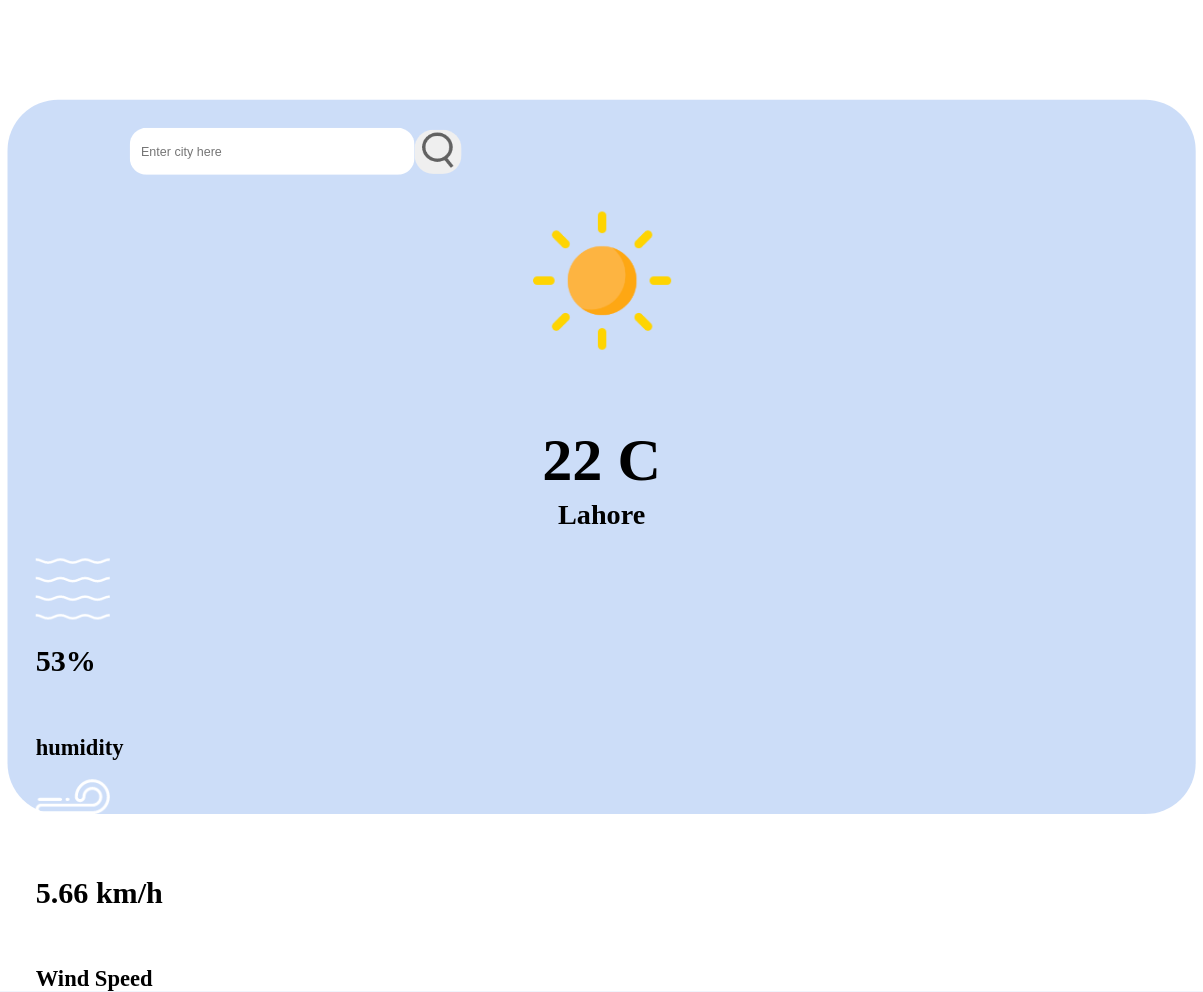
Repository: WajihaGul/Javascripts-Projects
Page: WEATHER APP/index.html
The author's editor kept a copy of each file at every save. The page is drawn from the files as they stood at one save, then again after a run of saves.
The browser window is 1280 px wide. The pictures show the whole page, at 94% of full size.

Above is the page before, as saved 2024-06-07 16:06:52.
Not found: WEATHER APP/script.js

### WEATHER APP/index.html
<!DOCTYPE html>
<html>
    <head>
        <meta charset="utf-8">
        <meta http-equiv="X-UA-Compatible" content="IE=edge">
        <title></title>
        <meta name="description" content="">
        <meta name="viewport" content="width=device-width, initial-scale=1">
        <link rel="stylesheet" href="./style.css">
    </head>
    <body>
            <div class="MainDiv">
                <div class="SearchDiv" >
                <input type="search" class="SearchInput" placeholder="Enter city here">
                <button class="SearchLogo"><img src="/images/search.png" class="btnimg" alt="SearchLogo"></button>
            </div>

            <div class="SecDiv">
                <div class="weather">
                <img src="./images/clear.png" alt="weather here" class="weatherImg">
                </div>
                <div class="temp">
                    <h1>22 C</h1>
                </div>
                <div class="cityName">
                    <h1>Lahore</h1>
                </div>
                <div class="humidityAndWindSpeed">
                <div class="humidity">
                    <img src="./images/humidity.png" alt="">
                    <h1>53%</h1>
                    <br>
                    <h2>humidity</h2>
                </div>
                <div class="windSpeed">
                    <img src="./images/wind.png" alt="">
                    <h1>5.66 km/h</h1>
                    <br>
                    <h2>Wind Speed</h2>
                </div>
                </div>
            </div>
        </div>
        <script src="./script.js" async defer></script>
    </body>
</html>

### WEATHER APP/style.css
.MainDiv{
    background-color: rgb(154 187 241 / 50%);
    margin-top: 106px;
    border-radius: 54px;
    height: 700px;
    padding: 30px
}
 .SearchInput{
    width: 303px;
    height: 50px;
    border-radius: 18px;
    padding: 10px;
    border-color: transparent;
}
.SearchDiv{
    display: flex;
    flex-direction: row;
    align-items: center;
    margin: 0 auto;
    margin-left: 100px;
    margin-right: 100px;
}
.btnimg{
    height: 38px;
    width: 34px;
}
.SearchLogo{
    border-color: transparent;
    border-radius: 20px;
    cursor: pointer;
}
.temp h1{
    display: flex;
    align-items: center;
    justify-content: center;
    font-size: 64px;

}
.weatherImg{
    display: flex;
    margin: 0 auto;

}
.cityName h1{
    display: flex;
    align-items: center;
    justify-content: center;
    font-size: 30px;
    margin-top: -50px;
    padding: 10px;
}

After the next 2 saves:
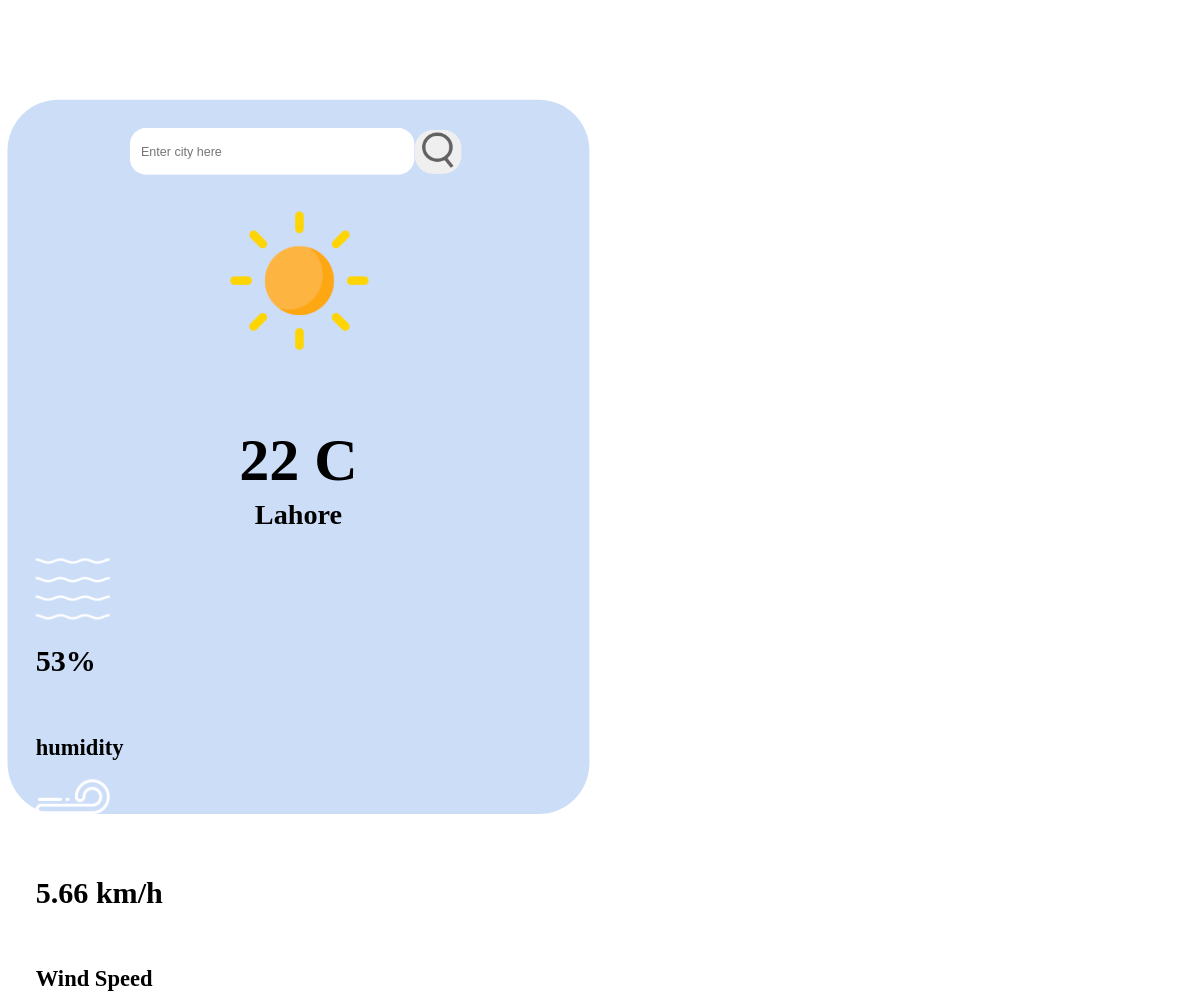
The 2 saves are shown as one change because they came seconds apart.
The last was saved 20 s later.
--- a/WEATHER APP/style.css
+++ b/WEATHER APP/style.css
@@ -1,5 +1,6 @@
 .MainDiv{
     background-color: rgb(154 187 241 / 50%);
+    width: 559px;
     margin-top: 106px;
     border-radius: 54px;
     height: 700px;
